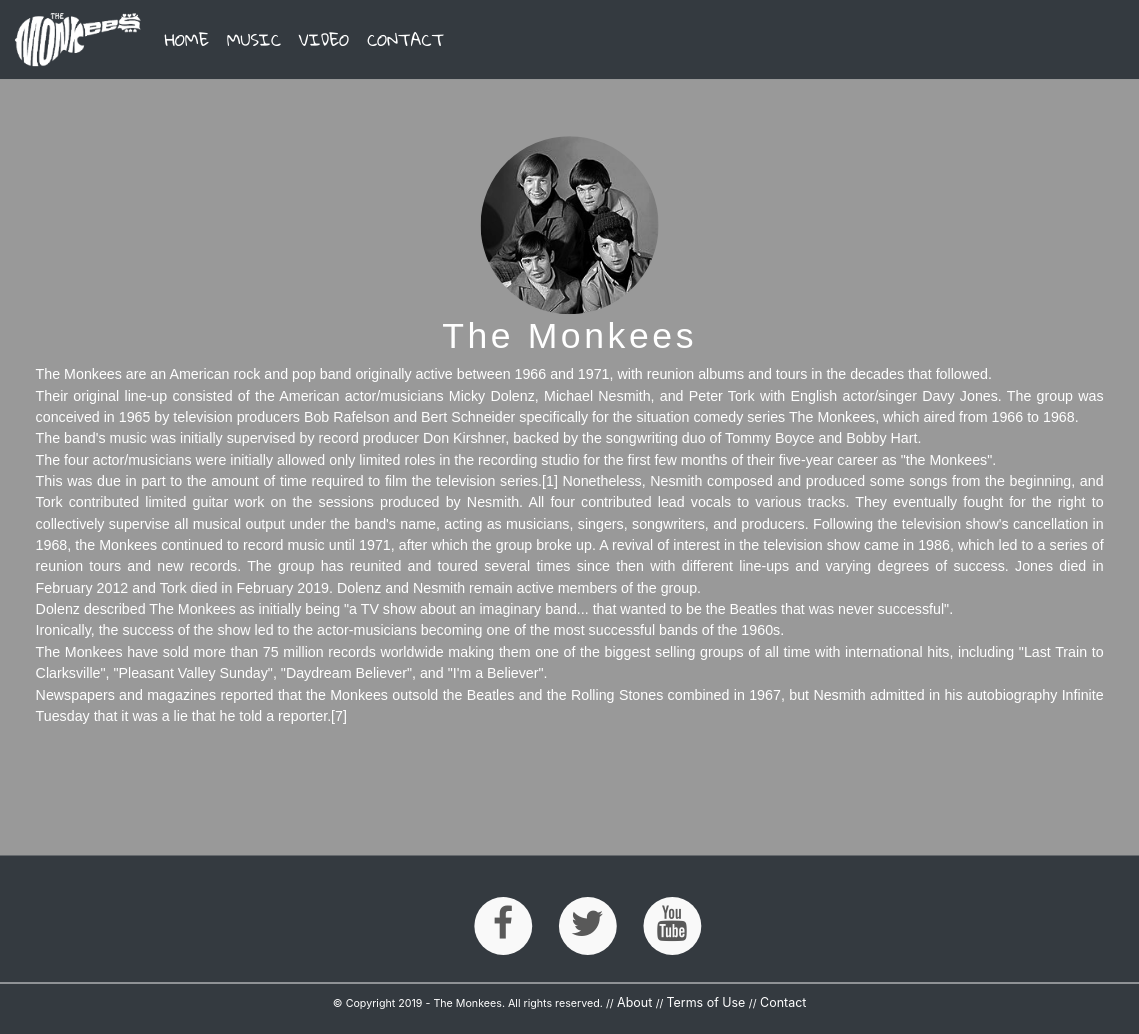
Repository: Code-Institute-Submissions/the_monkees-3
Page: about.html
The author's editor kept a record of every edit. The page is drawn from the files as they stood at one moment, then again after the next edit.
The browser window is 1280 px wide. The pictures show the whole page, at 89% of full size.
Some web libraries are served in a nearby version.

Above is the page before.

### about.html
<!DOCTYPE html>
<html lang="en">
<head>
    <meta charset="UTF-8">
    <meta name="viewport" content="width=device-width, initial-scale=1.0">
    <meta http-equiv="X-UA-Compatible" content="ie=edge">
    <script type="text/javascript" src="https://cdnjs.cloudflare.com/ajax/libs/jquery/2.1.3/jquery.min.js"></script>
    <script type="text/javascript" src="https://stackpath.bootstrapcdn.com/bootstrap/4.3.1/js/bootstrap.min.js"></script>
    <link rel="stylesheet" href="https://stackpath.bootstrapcdn.com/bootstrap/4.3.1/css/bootstrap.min.css" type="text/css" />
    <link rel="stylesheet" href="https://stackpath.bootstrapcdn.com/font-awesome/4.7.0/css/font-awesome.min.css" type="text/css" />
    <link rel="stylesheet" href="assets/css/style.css" type="text/css" />
    <title>Home|The Monkees</title>
</head>
<body>
  <header>
<!--------------------Navigation-->
    <nav class="navbar navbar-expand-sm bg-dark navbar-dark stroke">
      <a class="navbar-brand" href="index.html">
        <img src="assets/image/LOGO.png" id="logo-transparent" alt="logo" style="width:143px;">
      </a>
      <button type="button" class="navbar-toggler" data-toggle="collapse" data-target="#navbarCollapse">
        <span class="navbar-toggler-icon"></span>
      </button>

    <div class="collapse navbar-collapse" id="navbarCollapse">
      <ul class="navbar-nav">
        <li class="nav-item">
          <a class="nav-link " id="navbar-select-color" href="index.html">Home</a>
        </li>

        <li class="nav-item">
          <a class="nav-link" id="navbar-select-color" href="music.html">Music</a>
        </li>
        <li class="nav-item">
          <a class="nav-link" id="navbar-select-color" href="video.html">Video</a>
        </li>
        <li class="nav-item">
          <a class="nav-link" id="navbar-select-color" href="contact.html">Contact</a>
        </li>
      </ul>
    </div>
    </nav>
  </header>
  <section>
    <div class="box">
      <img src="assets/image/band.jpg" alt="" class="box-img">
      <h1>The Monkees</h1>
      <p>The Monkees are an American rock and pop band originally active between 1966 and 1971, with reunion albums and tours in the decades that followed.
      <br>Their original line-up consisted of the American actor/musicians Micky Dolenz, Michael Nesmith, and Peter Tork with English actor/singer Davy Jones.
      The group was conceived in 1965 by television producers Bob Rafelson and Bert Schneider specifically for the situation comedy series The Monkees, which aired from 1966 to 1968.
      <br>The band's music was initially supervised by record producer Don Kirshner, backed by the songwriting duo of Tommy Boyce and Bobby Hart.

<br>The four actor/musicians were initially allowed only limited roles in the recording studio for the first few months of their five-year career as "the Monkees".
<br>This was due in part to the amount of time required to film the television series.[1] Nonetheless, Nesmith composed and produced some songs from the beginning, and Tork contributed limited guitar work on the sessions produced by Nesmith.
All four contributed lead vocals to various tracks. They eventually fought for the right to collectively supervise all musical output under the band's name, acting as musicians, singers, songwriters, and producers.

Following the television show's cancellation in 1968, the Monkees continued to record music until 1971, after which the group broke up.
A revival of interest in the television show came in 1986, which led to a series of reunion tours and new records.
The group has reunited and toured several times since then with different line-ups and varying degrees of success.
Jones died in February 2012 and Tork died in February 2019. Dolenz and Nesmith remain active members of the group.
<br>
Dolenz described The Monkees as initially being "a TV show about an imaginary band... that wanted to be the Beatles that was never successful".
<br>Ironically, the success of the show led to the actor-musicians becoming one of the most successful bands of the 1960s. <br>
The Monkees have sold more than 75 million records worldwide making them one of the biggest selling groups of all time with international hits, including "Last Train to Clarksville", "Pleasant Valley Sunday", "Daydream Believer", and "I'm a Believer". <br>
Newspapers and magazines reported that the Monkees outsold the Beatles and the Rolling Stones combined in 1967, but Nesmith admitted in his autobiography Infinite Tuesday that it was a lie that he told a reporter.[7]</p>
    </div>


  </section>

<footer class="mainfooter bg-dark " role="contentinfo">
  <div class="footer-middle">
      <ul class="social-network social-circle">
             <li><a href="https://www.facebook.com/" class="icoFacebook" title="Facebook"><i class="fa fa-facebook"></i></a></li>
             <li><a href="https://twitter.com/" class="icoTwitter" title="Twitter"><i class="fa fa-twitter"></i></a></li>
             <li><a href="https://www.youtube.com" class="icoYoutube" title="Youtube"><i class="fa fa-youtube"></i></a></li>

      </ul>
	<div class="col-md-12 copy">
			<p class="text-center">&copy; Copyright 2019 - The Monkees.  All rights reserved. //<a href="about.html"> About </a> // <a href="terms_of_use.html"> Terms of Use </a> //<a href="contact.html"> Contact </a></p>

	</div>
  </div>
</footer>

</body>
</html>

Loaded but not shown: assets/css/style.css (1003 lines, source omitted)

After the next edit:
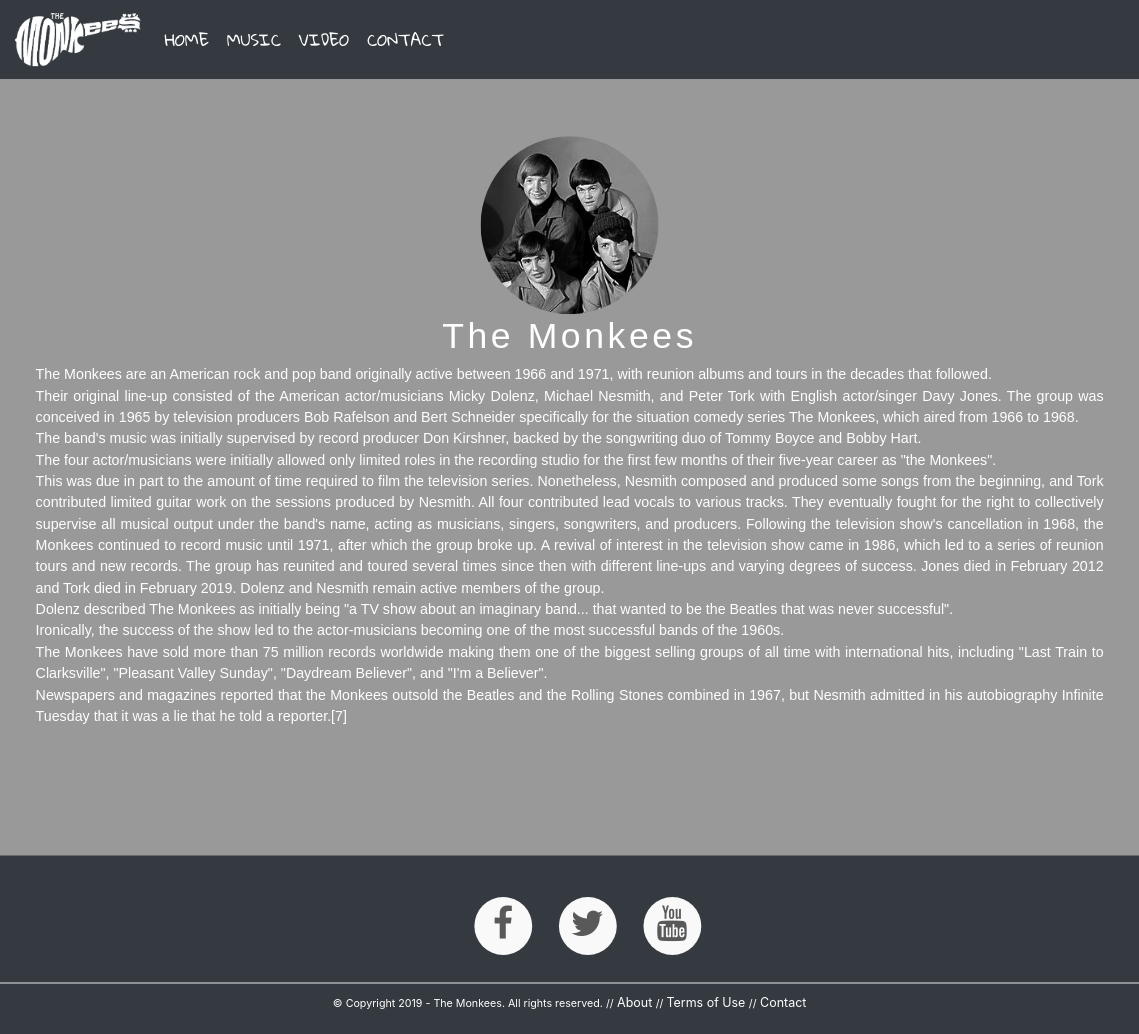
The edit:
--- a/about.html
+++ b/about.html
@@ -51,7 +51,7 @@
       <br>The band's music was initially supervised by record producer Don Kirshner, backed by the songwriting duo of Tommy Boyce and Bobby Hart.
 
 <br>The four actor/musicians were initially allowed only limited roles in the recording studio for the first few months of their five-year career as "the Monkees".
-<br>This was due in part to the amount of time required to film the television series.[1] Nonetheless, Nesmith composed and produced some songs from the beginning, and Tork contributed limited guitar work on the sessions produced by Nesmith.
+<br>This was due in part to the amount of time required to film the television series. Nonetheless, Nesmith composed and produced some songs from the beginning, and Tork contributed limited guitar work on the sessions produced by Nesmith.
 All four contributed lead vocals to various tracks. They eventually fought for the right to collectively supervise all musical output under the band's name, acting as musicians, singers, songwriters, and producers.
 
 Following the television show's cancellation in 1968, the Monkees continued to record music until 1971, after which the group broke up.
